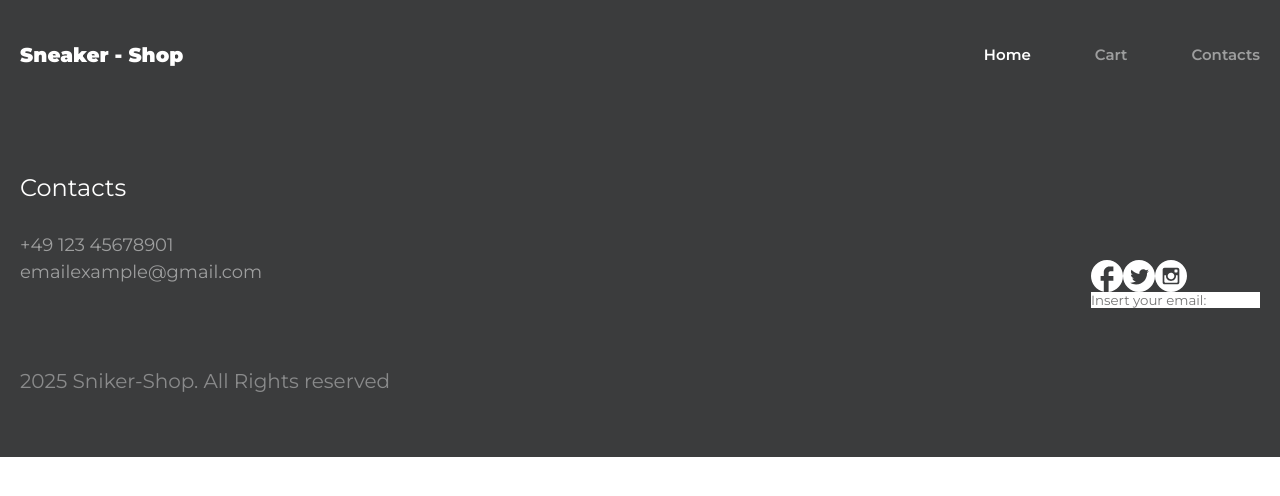
Repository: IstratiiNik/sneaker-shop
Page: /
The author's editor kept a copy of each file at every save. The page is drawn from the files as they stood at one save, then again after a run of saves.
The browser window is 1280 px wide. The pictures show the whole page.
The project was rebuilt for these pictures with package versions that can differ from the ones it lists, and the page was loaded fresh each time. Also part of the build but not shown: vite.config.js.

Above is the page before, as saved 2025-07-01 14:25:16.

After the next 2 saves:
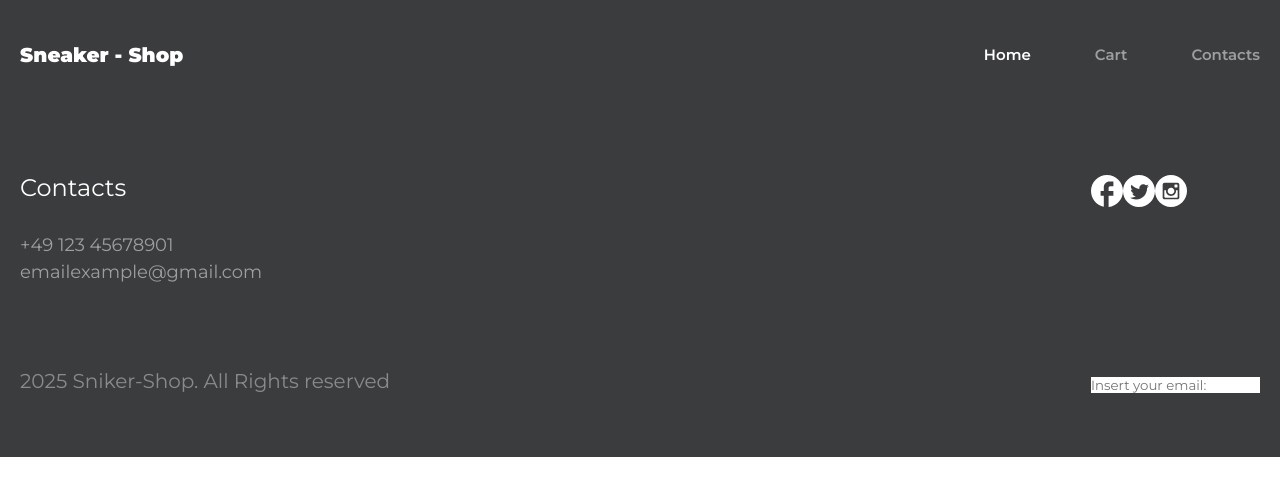
The 2 saves are shown as one change because 1 did not build or start.
The last was saved 22 s later.
--- a/src/components/Footer/Footer.module.scss
+++ b/src/components/Footer/Footer.module.scss
@@ -42,12 +42,12 @@
 }
 
 .footerRight {
-	div{
-		img{
-			height: 32px;
-			width: 32px;
-		}
-		display: flex;
-
-	}
+  div {
+    img {
+      height: 32px;
+      width: 32px;
+    }
+    display: flex;
+    margin-bottom: 170px;
+  }
 }
